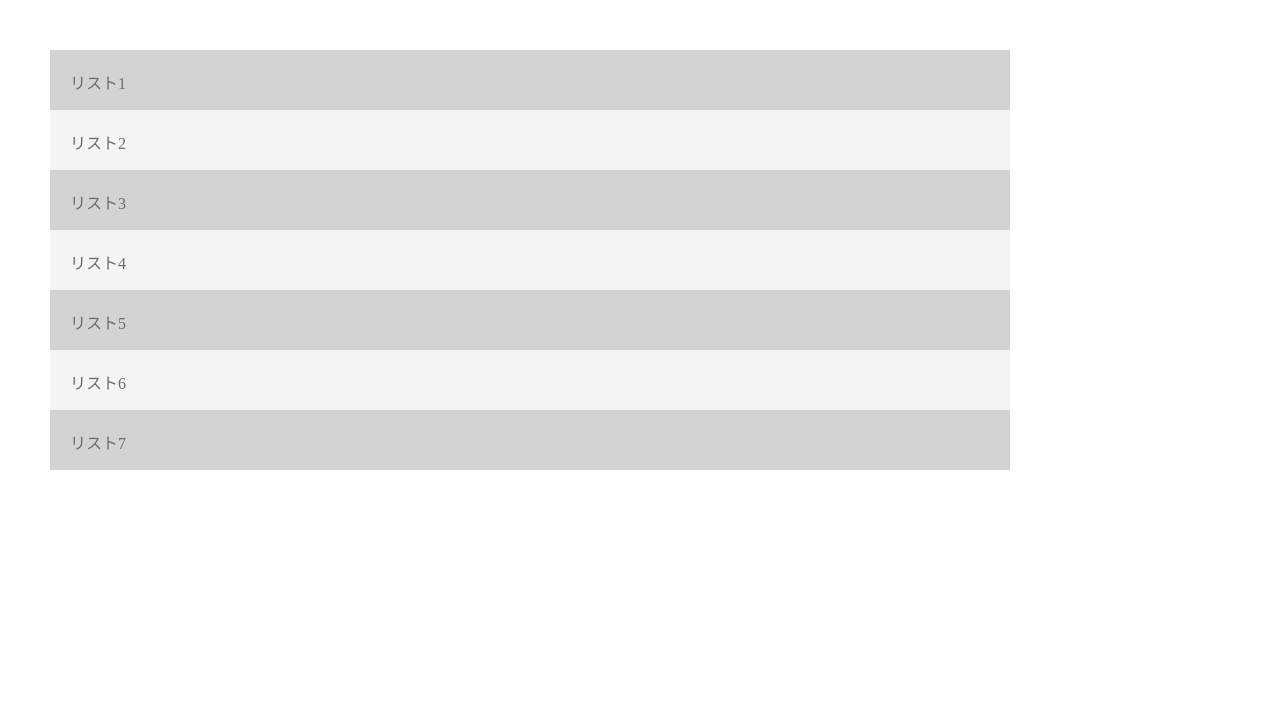
Repository: t-sato-infratop/environment
Page: chapter8_exercise/chapter8_exercise.html
The author's editor kept a record of every edit. The page is drawn from the files as they stood at one moment, then again after the next edit.
The browser window is 1280 px wide. The pictures show the whole page.

Above is the page before.

### chapter8_exercise/chapter8_exercise.html
<!DOCTYPE html>
<html lang="ja">
  <head>
    <meta charset="UTF-8" />
    <link rel="stylesheet" href="chapter8_exercise.css" />
    <title>C8E</title>
  </head>

  <body>
    <section class="main-list">
      <div class="main-list-category">
        <p class="main-list-text">リスト1</p>
      </div>
      <div class="main-list-category">
        <p class="main-list-text">リスト2</p>
      </div>
      <div class="main-list-category">
        <p class="main-list-text">リスト3</p>
      </div>
      <div class="main-list-category">
        <p class="main-list-text">リスト4</p>
      </div>
      <div class="main-list-category">
        <p class="main-list-text">リスト5</p>
      </div>
      <div class="main-list-category">
        <p class="main-list-text">リスト6</p>
      </div>
      <div class="main-list-category">
        <p class="main-list-text">リスト7</p>
      </div>
    </section>
  </body>

### chapter8_exercise/chapter8_exercise.css
* {
  margin: 0;
  padding: 0;
  box-sizing: border-box;
  color: #6c6b6b;
}

.main-list {
  width: 960px;
  margin: 50px;
  display: center;
}

.main-list-category {
  width: 100%;
  height: 60px;
}

.main-list-text {
  padding: 20px 0 20px 20px;
}

.main-list-category:nth-child(odd) {
  background-color: lightgray;
}

.main-list-category:nth-child(even) {
  background-color: #f5f5f5;
}

.main-box {
  width: 960px;
  margin-top: 50px;
  display: flex;
  flex-wrap: warp;
}

.main-box-category {
  width: 30%;
  height: 200px;
  margin-right: 5%;
  margin-bottom: 40px;
  background-color :yellow;
}

After the next edit:
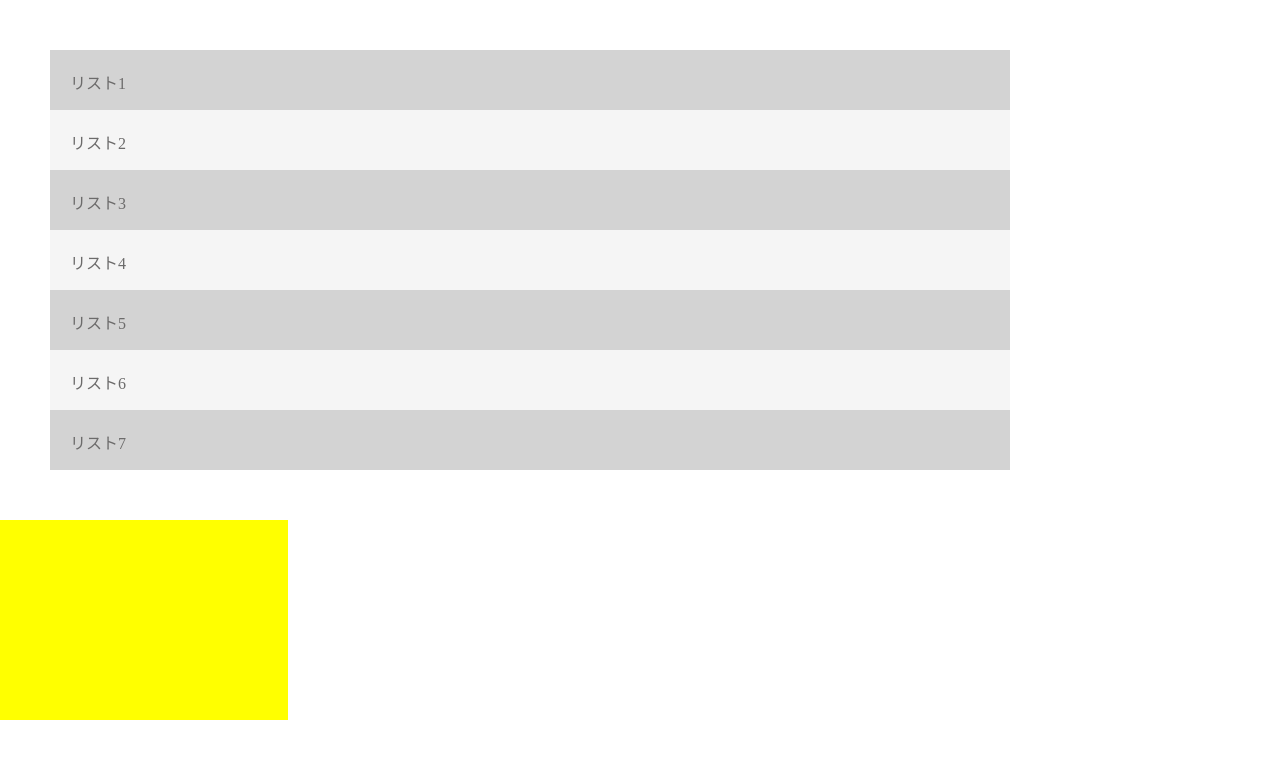
The edit:
--- a/chapter8_exercise/chapter8_exercise.html
+++ b/chapter8_exercise/chapter8_exercise.html
@@ -30,4 +30,14 @@
         <p class="main-list-text">リスト7</p>
       </div>
     </section>
+    <section class="main-box">
+      <div class="main-box-category">
+      <div class="main-box-category">
+      <div class="main-box-category">
+      <div class="main-box-category">
+      <div class="main-box-category">
+      <div class="main-box-category">
+
+      </div>
+    </section>
   </body>
